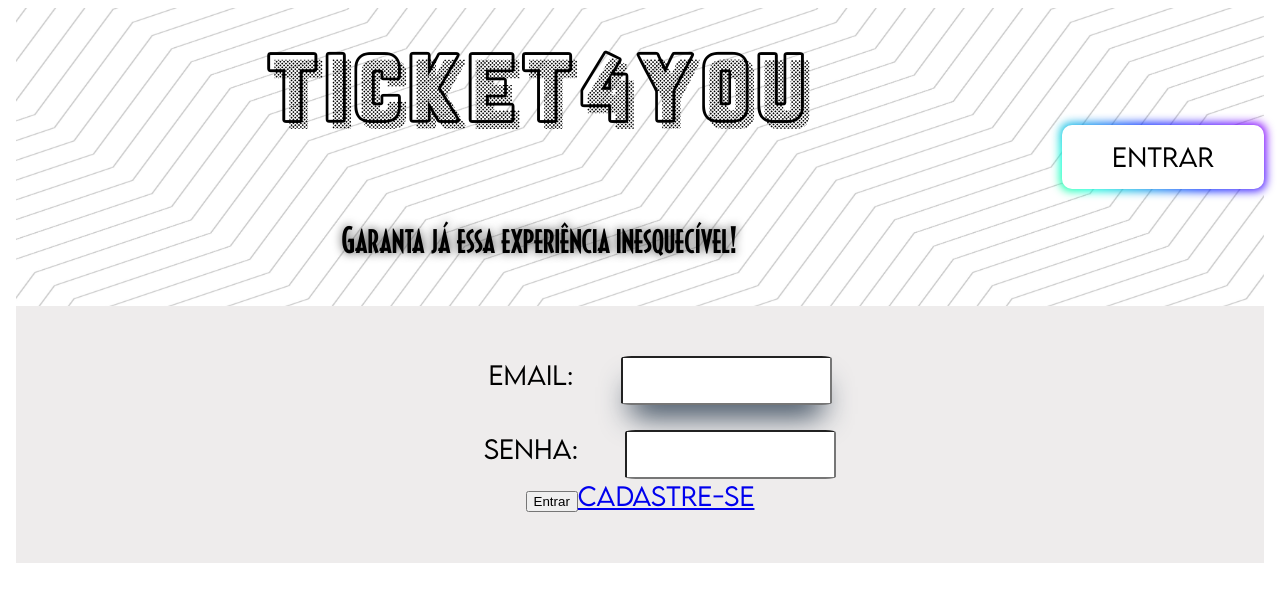
Repository: hellengurgaczz/projeto-DSA
Page: /login
The author's editor kept a copy of each file at every save. The page is drawn from the files as they stood at one save, then again after the next save.
The browser window is 1280 px wide. The pictures show the whole page.
The project was rebuilt for these pictures with package versions that can differ from the ones it lists, and the page was loaded fresh each time. Some packages were replaced by stand-ins written for this rebuild. Also part of the build but not shown: angular.json, src/app/ingressos/templates/cadastrar/cadastrar.component.ts, src/app/models/ingresso.model.ts, src/app/services/ingresso.service.ts, src/app/compra/comprar-ingresso/comprar-ingresso.component.ts, src/app/models/compra.model.ts, src/app/services/compra.service.ts, src/app/ingressos/templates/deletar/deletar.component.ts and 3 more.

Above is the page before, as saved 2022-05-10 12:33:31.

After the next save:
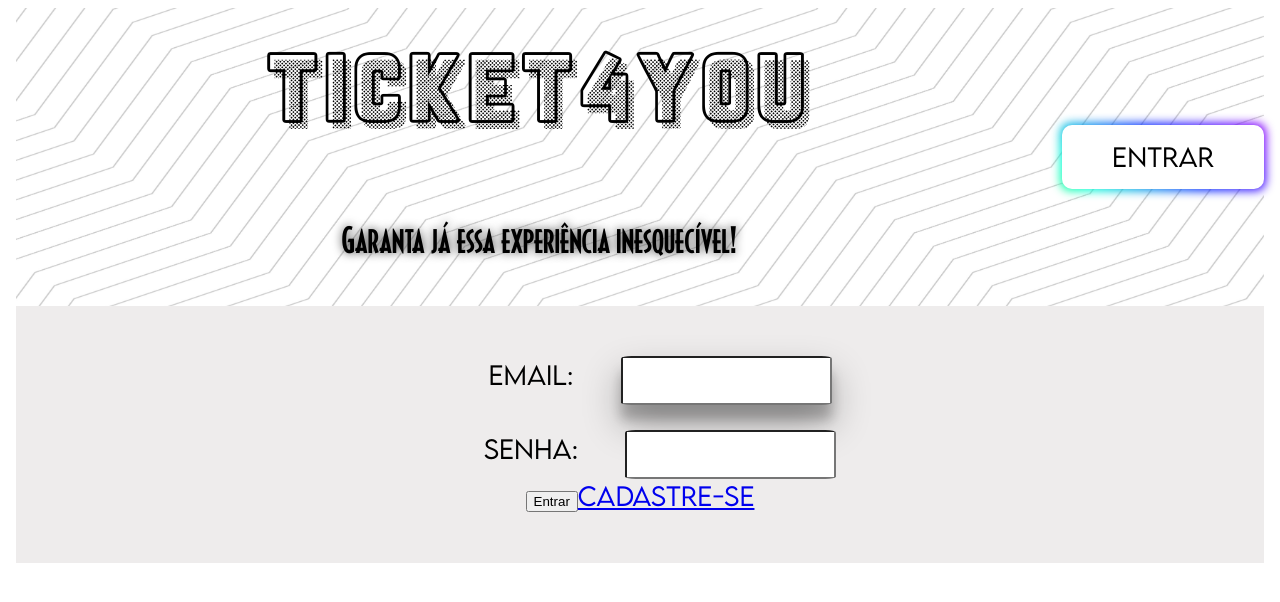
Saved 48 s later.
--- a/src/app/login/login.component.css
+++ b/src/app/login/login.component.css
@@ -16,7 +16,7 @@
 .emailinput{
   padding: 15px;
   border-radius: 5%;
-  box-shadow: rgb(38, 57, 77) 0px 20px 30px -10px;
+  box-shadow: rgba(0, 0, 0, 0.3) 0px 19px 38px, rgba(0, 0, 0, 0.22) 0px 15px 12px;
 }
 
 .senhainput{
